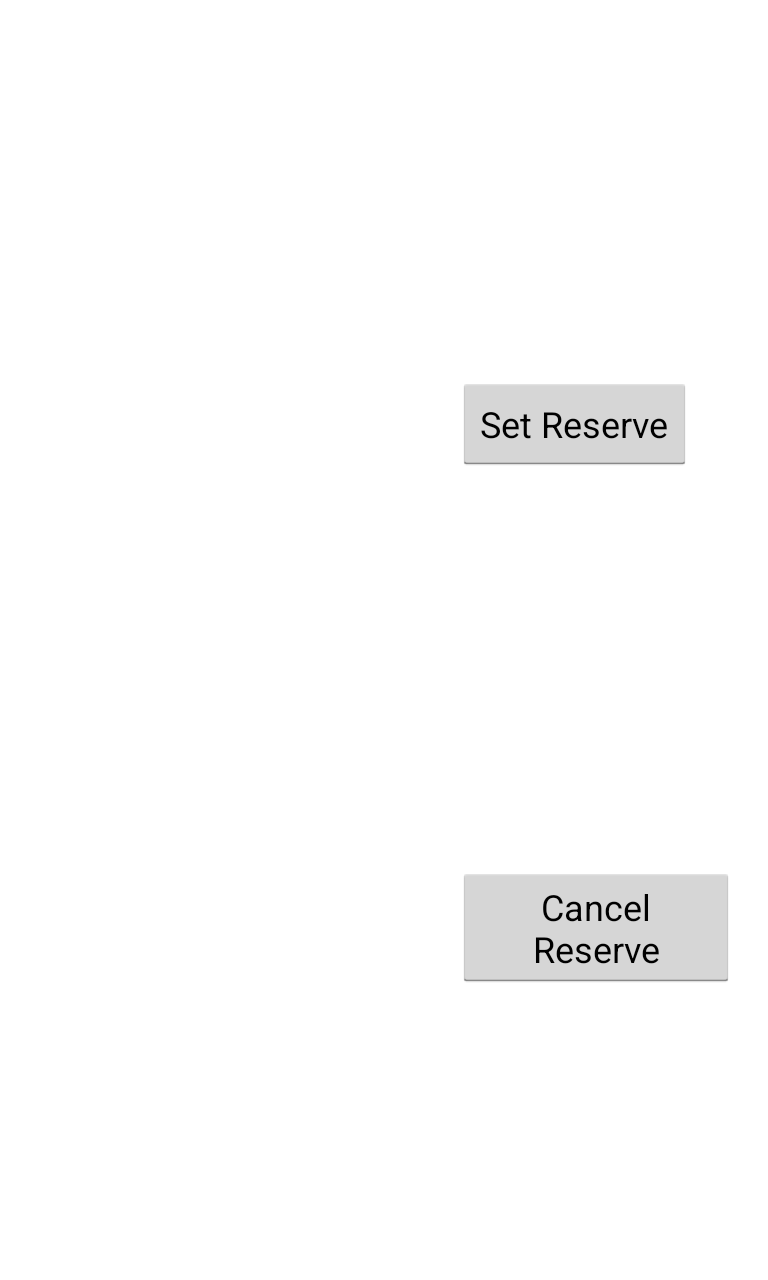
Repository: ankitC/taskmon
Layout: taskmon/res/layout/activity_main.xml
These files come from the project's save history. The layout is drawn as it stood at one moment and after the next save; the edit follows.
It is drawn on a 768 x 1280 px phone screen (xhdpi) without system bars, with theme AppTheme; the app's code is not run.

Above is the layout before, as saved 2013-10-07 21:59:02.

After the next save:
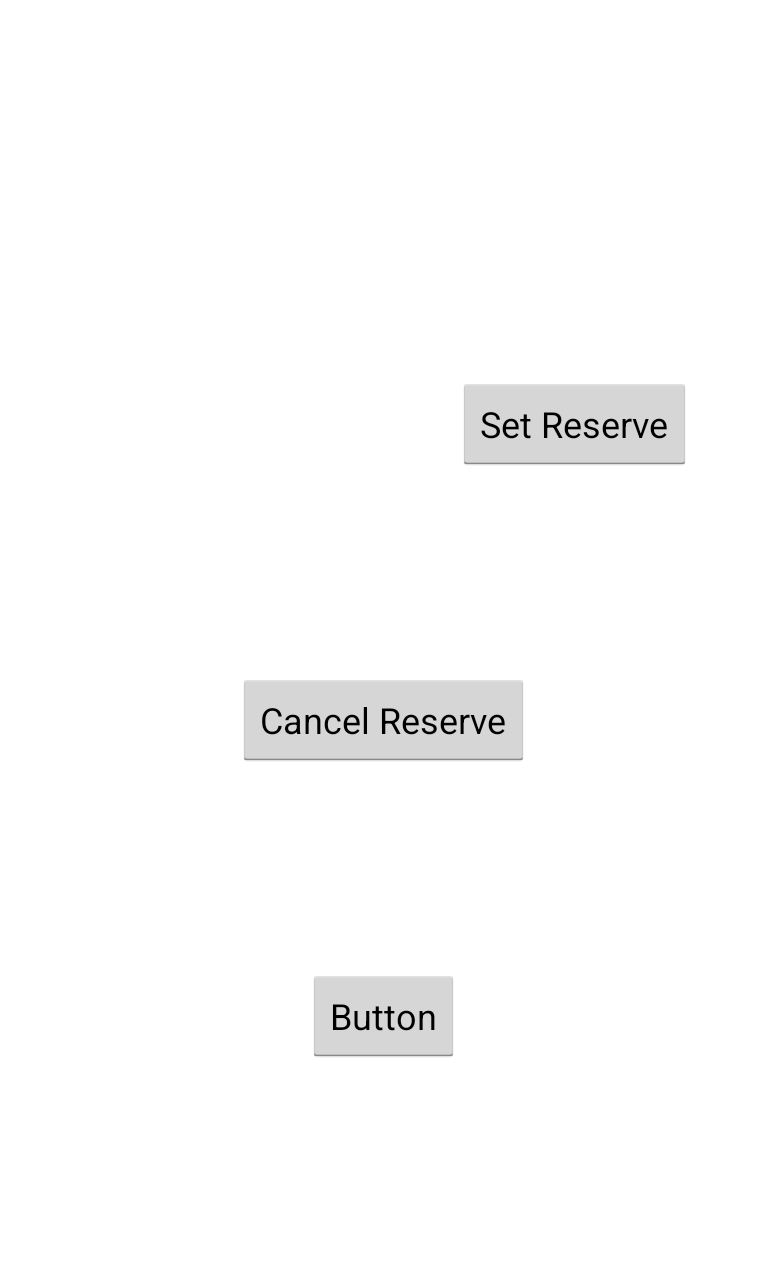
Saved 27 h 14 min later.
--- a/taskmon/res/layout/activity_main.xml
+++ b/taskmon/res/layout/activity_main.xml
@@ -22,9 +22,18 @@
         android:id="@+id/cancelReserveButton"
         android:layout_width="wrap_content"
         android:layout_height="wrap_content"
-        android:layout_alignLeft="@+id/setReserveButton"
         android:layout_below="@+id/setReserveButton"
-        android:layout_marginTop="197dp"
+        android:layout_centerHorizontal="true"
+        android:layout_marginTop="100dp"
         android:text="@string/cancelReserve" />
 
+    <Button
+        android:id="@+id/viewGraphs"
+        android:layout_width="wrap_content"
+        android:layout_height="wrap_content"
+        android:layout_below="@+id/cancelReserveButton"
+        android:layout_centerHorizontal="true"
+        android:layout_marginTop="100dp"
+        android:text="Button" />
+
 </RelativeLayout>
